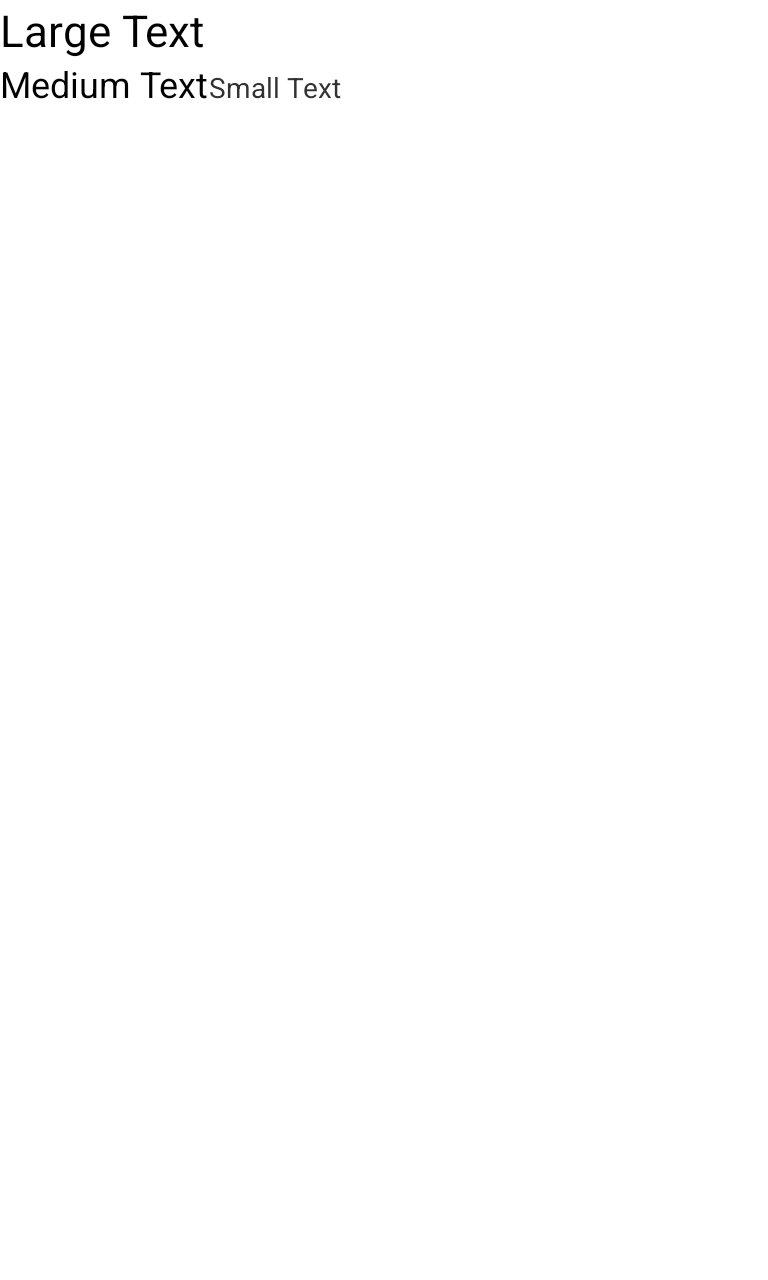
Repository: softwhisper/CiticAndroid-Migrated
Layout: And25.Completo/res/layout/student_list_item.xml
These files come from the project's save history. The layout is drawn as it stood at one moment and after the next save; the edit follows.
It is drawn on a 768 x 1280 px phone screen (xhdpi) without system bars, with theme AppTheme; the app's code is not run.

Above is the layout before, as saved 2014-11-14 09:32:50.

### And25.Completo/res/layout/student_list_item.xml
<?xml version="1.0" encoding="utf-8"?>
<LinearLayout xmlns:android="http://schemas.android.com/apk/res/android"
    android:layout_width="match_parent"
    android:layout_height="match_parent"
    android:orientation="vertical" >

    <TextView
        android:id="@+id/txtFullname"
        android:layout_width="match_parent"
        android:layout_height="wrap_content"
        android:text="Large Text"
        android:textAppearance="?android:attr/textAppearanceLarge" />

    <LinearLayout
        android:layout_width="match_parent"
        android:layout_height="wrap_content"
        android:orientation="horizontal" >

        <TextView
            android:id="@+id/txtEmail"
            android:layout_width="wrap_content"
            android:layout_height="wrap_content"
            android:text="Medium Text"
            android:textAppearance="?android:attr/textAppearanceMedium" />

        <TextView
            android:id="@+id/txtCity"
            android:layout_width="wrap_content"
            android:layout_height="wrap_content"
            android:text="Small Text"
            android:textAppearance="?android:attr/textAppearanceSmall" />

    </LinearLayout>

</LinearLayout>

Loaded but not shown: And25.Completo/res/values/styles.xml (common file); And25.Completo/res/values-v11/styles.xml (common file); And25.Completo/res/values-v14/styles.xml (common file); And25.Completo/res/values-w820dp/dimens.xml (common file); And25.Completo/res/values/dimens.xml (common file)

After the next save:
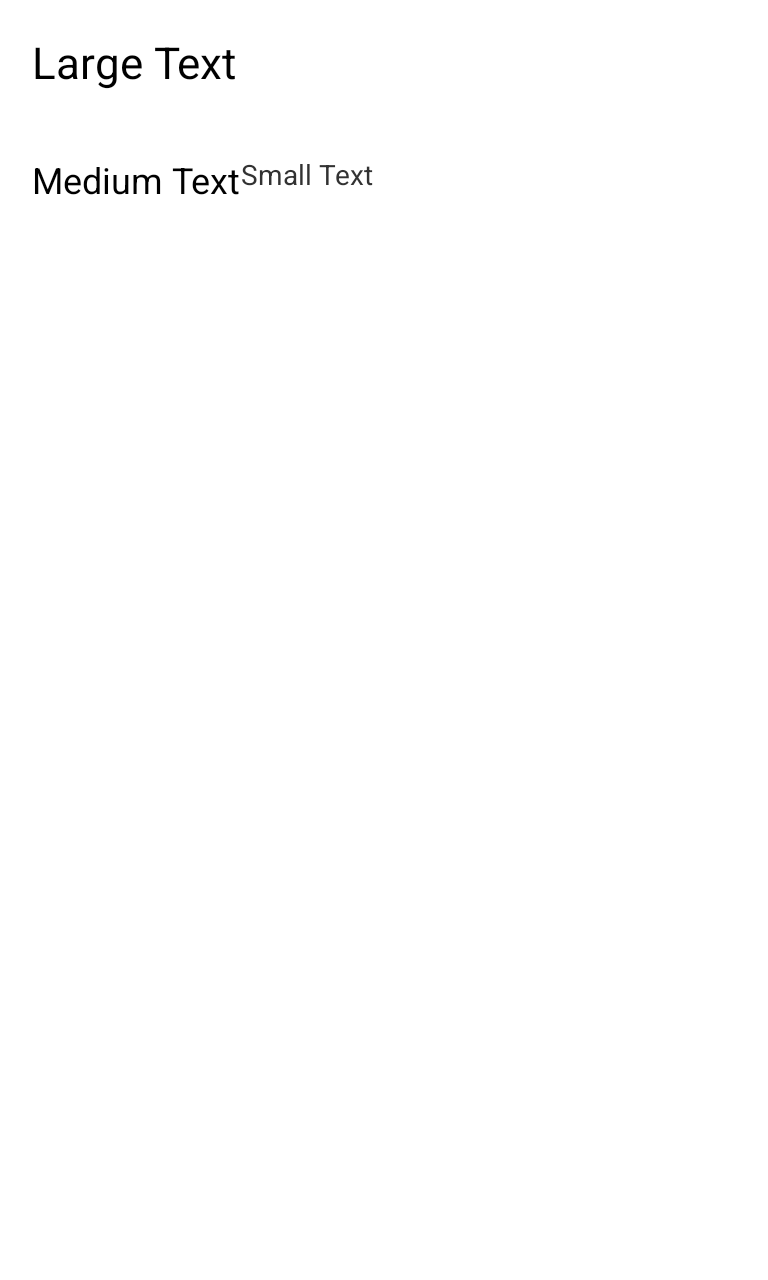
Saved 86 s later.
--- a/And25.Completo/res/layout/student_list_item.xml
+++ b/And25.Completo/res/layout/student_list_item.xml
@@ -8,12 +8,14 @@
         android:id="@+id/txtFullname"
         android:layout_width="match_parent"
         android:layout_height="wrap_content"
+        android:layout_margin="@dimen/activity_horizontal_margin"
         android:text="Large Text"
         android:textAppearance="?android:attr/textAppearanceLarge" />
 
     <LinearLayout
         android:layout_width="match_parent"
         android:layout_height="wrap_content"
+        android:layout_margin="@dimen/activity_horizontal_margin"
         android:orientation="horizontal" >
 
         <TextView
@@ -27,6 +29,7 @@
             android:id="@+id/txtCity"
             android:layout_width="wrap_content"
             android:layout_height="wrap_content"
+            android:layout_gravity="left"
             android:text="Small Text"
             android:textAppearance="?android:attr/textAppearanceSmall" />
 
